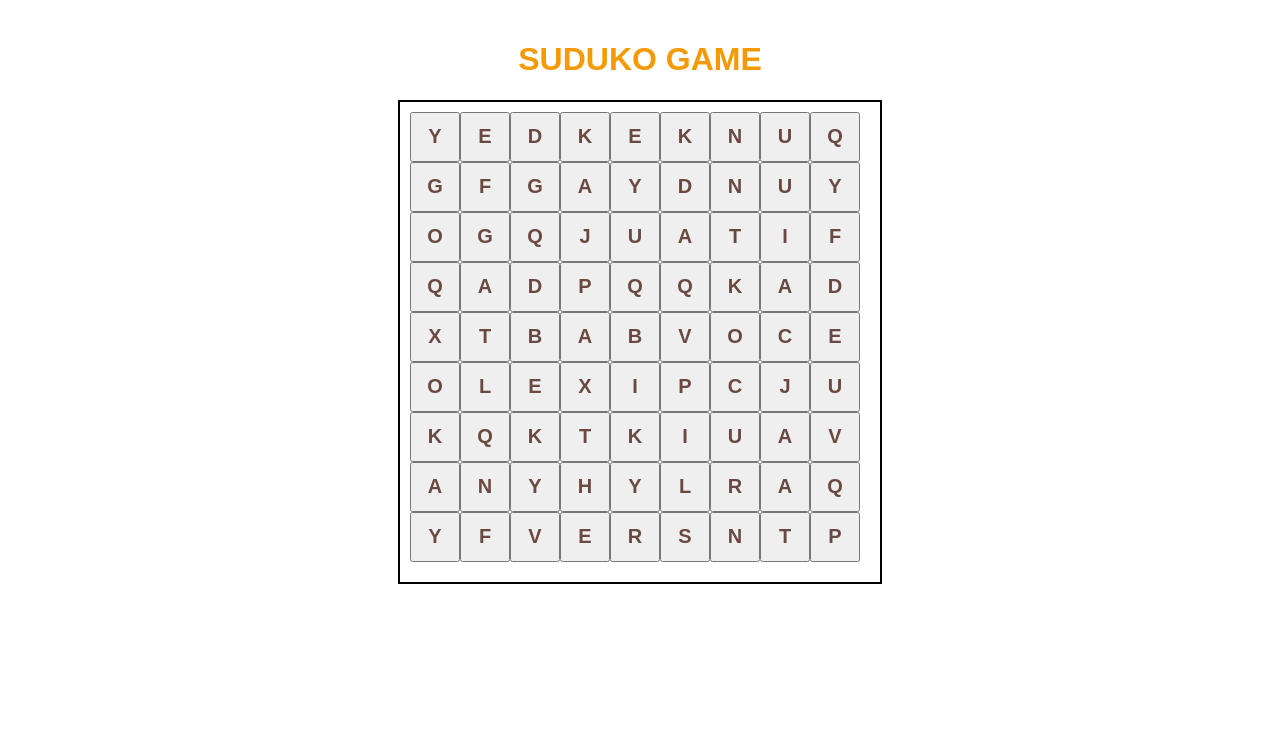
Repository: ahmad8969/Suduko-Game-React-App
Page: /
An editor plug-in stored every save of this project. The page is shown before and after the next save, followed by the edit.
The browser window is 1280 px wide. The pictures show the whole page.
Some web fonts or font styles are not loaded; a fallback is used. The project was rebuilt for these pictures with package versions that can differ from the ones it lists, and the page was loaded fresh each time.

Above is the page before, as saved 2021-03-04 15:38:57.

### src/index.js
import React from 'react';
import ReactDOM from 'react-dom';
import './index.css';
import Board from './board';
import reportWebVitals from './reportWebVitals';

ReactDOM.render(
  <React.StrictMode>
    <Board />
  </React.StrictMode>,
  document.getElementById('root')
);

// If you want to start measuring performance in your app, pass a function
// to log results (for example: reportWebVitals(console.log))
// or send to an analytics endpoint. Learn more: https://bit.ly/CRA-vitals
reportWebVitals();

### src/board.js
import React  from 'react';   //{useState}
import './App.css';
import Block from './components/block'
import NineBlock from './components/nineBlockComponent';


function Board () {
  const nine_block_Element_into_Nine = [1,2,3,4,5,6,7,8,9];
  const single_block_Into_Nine = [1,2,3,4,5,6,7,8,9];

  const Click = (idOfSpecificButton,i,j,e) =>{
    console.log(e.target.value)
    document.getElementById(idOfSpecificButton).style.color="green"
    XaxisSelection(i);
    YaxisSelection(j);
    DiagonalSelectionUpward(idOfSpecificButton);
    DiagonalSelectionDownward(idOfSpecificButton);
    DiagonalSelectionDownwardLeftDown(idOfSpecificButton);
    DiagonalSelectionUpwardLeftUp(idOfSpecificButton);
  }
  const XaxisSelection = (i)=>{
    for(let xAxis= 0; xAxis<=8; xAxis++){
      let creatId= i+ xAxis;
      document.getElementById(creatId).style.color="green"
    }
  }

  const YaxisSelection = (i)=> {
    for(let xAxis1= 0; xAxis1<=8; xAxis1++){
      let creatId=  xAxis1 +i;

      document.getElementById(creatId).style.color="yellow"
    }
  }

  const DiagonalSelectionUpward = (selectedId)=>{
  let array_of_length= nine_block_Element_into_Nine.length;
  console.log(array_of_length);
  console.log(typeof(array_of_length));
  let get_the_id_of_current_box= parseInt(selectedId);
  console.log(get_the_id_of_current_box);
    for(let hello=get_the_id_of_current_box; hello>=0; hello-=array_of_length){
      if(hello<=9){
        var concatination = 0+`${hello}`;
        document.getElementById(concatination).style.color="red";
      } else if(hello==19 || hello==29 || hello==39 || hello==49 || hello==59 || hello==69 || hello==79){
        return;
      }
      else{
        document.getElementById(hello).style.color="red";
      }

    }
  }
        const DiagonalSelectionUpwardLeftUp = (selectedId)=>{
          let array_of_length= 2 + nine_block_Element_into_Nine.length;
          console.log(array_of_length);
          console.log(typeof(array_of_length));
          let get_the_id_of_current_box= parseInt(selectedId);
          console.log(get_the_id_of_current_box);
            for(let hello=get_the_id_of_current_box; hello>=0; hello-=array_of_length){
              if(hello<=9){
                var concatination = 0+`${hello}`;
                document.getElementById(concatination).style.color="indigo";
                return;

              } else if( hello==9 || hello==19 || hello==29 || hello==39 || hello==49 || hello==59 || hello==69 || hello==79){
                return;
              }
              else{
                document.getElementById(hello).style.color="indigo";
              }

            }
          }


        const DiagonalSelectionDownward= (selectedId)=>{
          let array_of_length= nine_block_Element_into_Nine.length;
          console.log(array_of_length);
          console.log(typeof(array_of_length));
          let get_the_id_of_current_box= parseInt(selectedId);
          console.log(get_the_id_of_current_box);
    for(let hello=get_the_id_of_current_box; hello<=88; hello+=array_of_length){
      if(hello==0){
        return;
      }
      else if(hello<=9){
        var concatination = 0+`${hello}`;
        document.getElementById(concatination).style.color="pink";
      } else if(hello==19 || hello==29 || hello==39 || hello==49 || hello==59 || hello==69 || hello==79){
        return;
      }
      else{
        document.getElementById(hello).style.color="pink";
      }

    }
        }
        const DiagonalSelectionDownwardLeftDown= (selectedId)=>{
          let array_of_length= 2 +  nine_block_Element_into_Nine.length;
  console.log(array_of_length);
  console.log(typeof(array_of_length));
  let get_the_id_of_current_box= parseInt(selectedId);
  console.log(get_the_id_of_current_box);
    for(let hello=get_the_id_of_current_box; hello<=88; hello+=array_of_length){
      if(hello==0){
        return;
      }
      else if(hello<=9){
        var concatination = 0+`${hello}`;
        document.getElementById(concatination).style.color="blue";
      } else if(hello==19 || hello==29 || hello==39 || hello==49 || hello==59 || hello==69 || hello==79){
        return;
      }
      else{
        document.getElementById(hello).style.color="blue";
      }

    }
        }
        const gettingRandomNumber = () => {
          let random = Math.floor(Math.random() * (65 - 90)) + 90;
          const character = String.fromCharCode(random);
          return character;
        }



  return (

    <div className="App">
    <h1>SUDUKO GAME </h1>
    <div className="board_nine_block_Style">
    {nine_block_Element_into_Nine.map((s,i)=>{
      return(
      <div>
      <NineBlock id={i}>
        {single_block_Into_Nine.map((s,j)=>


          <Block rowId={i} value={gettingRandomNumber()} click={(e)=>{Click(`${i}${j}`,`${i}`,`${j}`,e)}} colId={j} keys={`${i}${j}`}></Block>

        )}

      </NineBlock>
      </div>
      )
    })
    }
    </div>
    </div>
  );
}

export default Board;

### src/App.css
@import url('http://fonts.cdnfonts.com/css/game');
.App {
  text-align: center;
  /* background-image: url('images/download.jpg'); */
  color:rgb(245, 154, 7);
  padding-top:20px;
  font-family: 'GAME', sans-serif;
  /* display: flex; */
   height: 100vh !important;
  /* width: 490px !important; */
  margin: 0 auto;

}

.board_nine_block_Style{
  height: 460px !important;
  width: 460px !important;
  border:2px solid black !important;
  padding: 10px;
  margin:  auto !important;
  /* display: flex; */
  /* grid-column-gap: 0px !important;
  grid-row-gap: 0px !important;
  grid-template-columns:repeat(3,1fr)!important; */
}
.heading{
  color: white;
  text-align:center;
  padding-top:50px!important;
  /* margin-top: 10px!important; */
  font-size: 30px;

}


/* @keyframes App-logo-spin {
  from {
    transform: rotate(0deg);
  }
  to {
    transform: rotate(360deg);
  }
} */

### src/components/block.js
import React from 'react';
import './block.css'


const Block = (props)=>{
    var uniqueId = `${props.rowId}`+ `${props.colId}` ;
return(
    <div className="button_block">
    <button id={props.keys} onClick={props.click} value={props.value}> {props.value}</button>
    </div>

)
}

export default Block;

### src/components/nineBlockComponent.js
import React from 'react';
import Block from './block'
import './block.css'

const NineBlockBox = (props) =>{

    return (
        <div className="nine_block_Style">
            {props.children}
        </div>
    )
}
export default NineBlockBox;




// {single_block_Into_Nine.map((s,i)=>{
//     let random = Math.floor(Math.random() * (49 - 57)) + 57;
//     const character = String.fromCharCode(random);

//   return(
//     <div>
//       {/* <Block keyId={i} boardId={props.id}  number={character}/> */}
//       {props.children}
//       </div>
//   )
//   })}

### src/components/block.css
.button_block button{
    height: 50px !important;
    width: 50px !important;
    /* background-image: url('../images/wood.jpg'); */
    /* background-color: aquamarine !important; */
    margin: 0!important;
    font-size: 20px!important;
    font-weight:600;
    /* color:rgb(109,84,62); */
    color: #6a4940;
}
.nine_block_Style{
    /* height: 150px !important;
    width: 150px !important; */
    /* border:2px solid rgb(245, 154, 7) !important; */
    display: flex;
    /* margin: auto!important; */

    /* grid-template-columns:repeat(3,1fr)!important;
    grid-column-gap: 0px !important;
    grid-row-gap: 0px !important; */
}
.button_block1{
    height: 40px !important;
    width: 40px !important;
    /* background-image: url('../images/wood.jpg'); */
    /* background-color: aquamarine !important; */
    margin: 0!important;
    font-size: 20px!important;
    font-weight:600;
    /* border:2px solid black; */
    /* color:rgb(109,84,62); */
    color: #6a4940;
}

Loaded but not shown: public/index.html (common file); src/index.css (common file); src/reportWebVitals.js (common file)

After the next save:
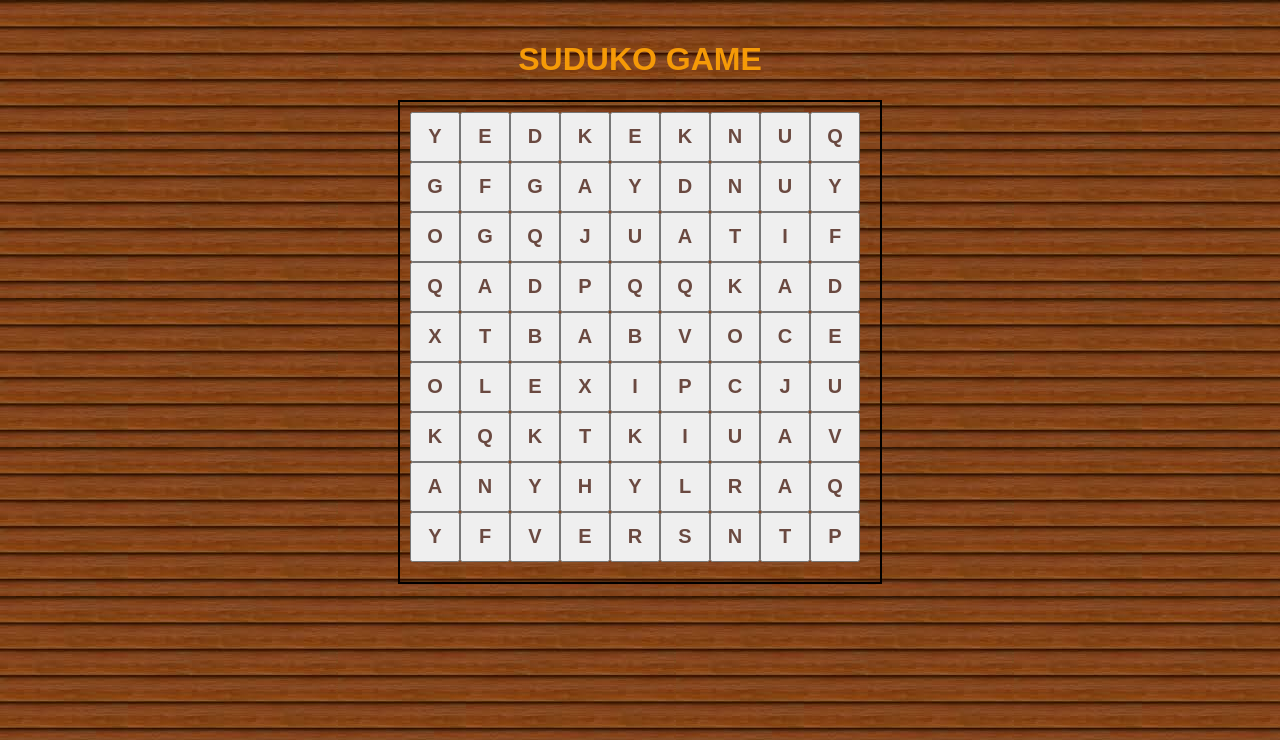
Saved 34 s later.
--- a/src/App.css
+++ b/src/App.css
@@ -1,7 +1,7 @@
 @import url('http://fonts.cdnfonts.com/css/game');
 .App {
   text-align: center;
-  /* background-image: url('images/download.jpg'); */
+  background-image: url('images/download.jpg');
   color:rgb(245, 154, 7);
   padding-top:20px;
   font-family: 'GAME', sans-serif;
